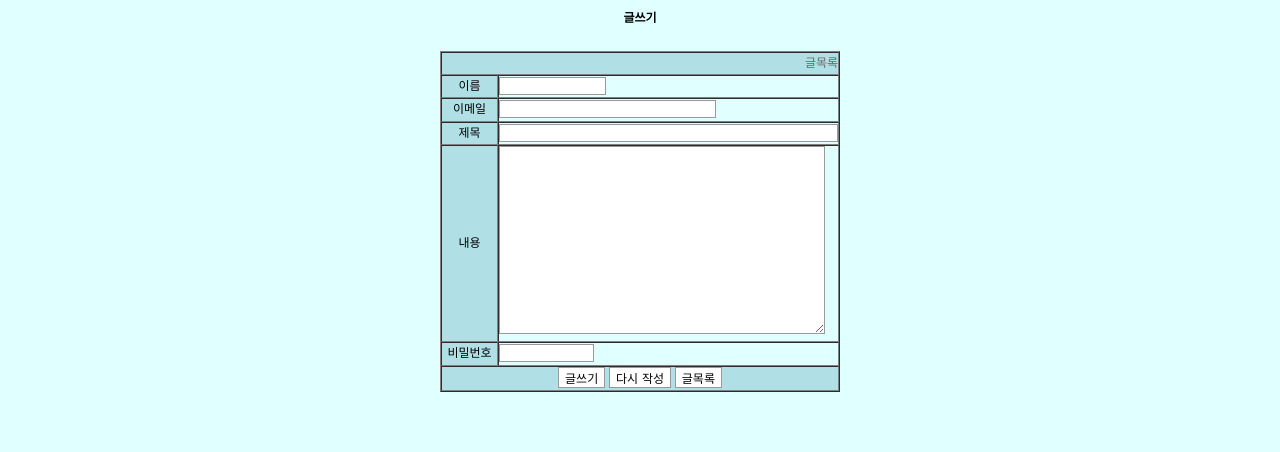
Repository: harib0h23/my-jsp-project
Page: http://localhost/ServletProject/boardone/writeForm.jsp
An editor plug-in stored every save of this project. The page is shown before and after the next save, followed by the edit.
The browser window is 1280 px wide. The pictures show the whole page.
The page is served by Tomcat 9.

Above is the page before, as saved 2025-08-04 05:36:40.

After the next save:
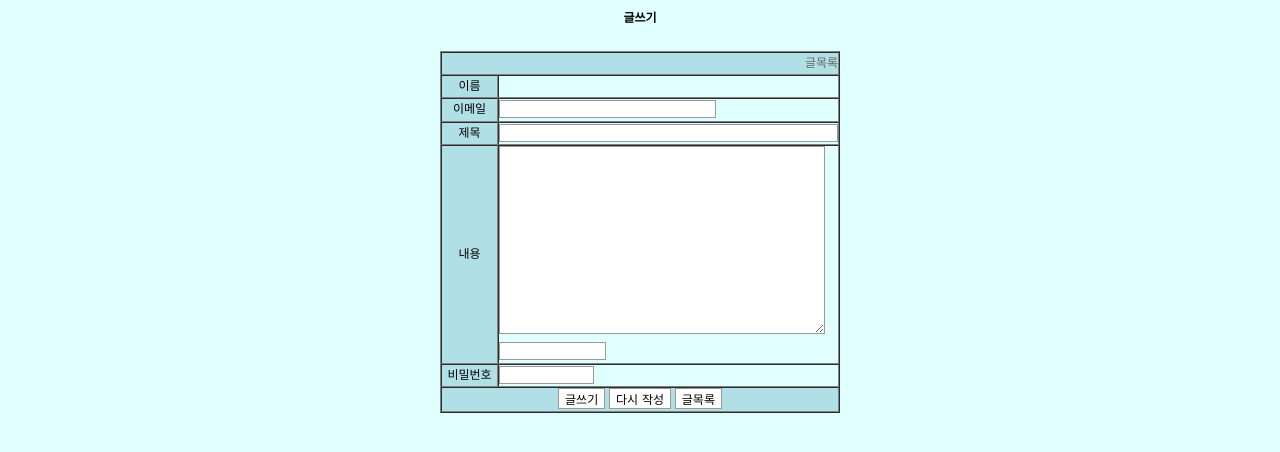
Saved 2 min 36 s later.
--- a/ServletProject/src/main/webapp/boardone/writeForm.jsp
+++ b/ServletProject/src/main/webapp/boardone/writeForm.jsp
@@ -48,11 +48,6 @@ align="center" bgcolor="<%=bodyback_c %>">
 <tr>
 	<td width="70" bgcolor="<%=value_c %>" align="center">이름</td>
 	<td width="330">
-		<% if(request.getParameter("num")==null){ %>
-		<input type="text" size="12" maxlength="12" name="write">
-		<% }else{ %>
-		<input type="text" size="12" maxlength="12" name="write" value="[답변]">
-		<%} %>
 
 	</td>
 </tr>
@@ -75,6 +70,11 @@ align="center" bgcolor="<%=bodyback_c %>">
 	<td width="70" bgcolor="<%=value_c %>" align="center">내용</td>
 	<td width="330">
 		<textarea rows="13" cols="50" name=content></textarea>
+		<% if(request.getParameter("num")==null){ %>
+		<input type="text" size="12" maxlength="12" name="write">
+		<% }else{ %>
+		<input type="text" size="12" maxlength="12" name="write" value="[답변]">
+		<%} %>
 	</td>
 </tr>
 
